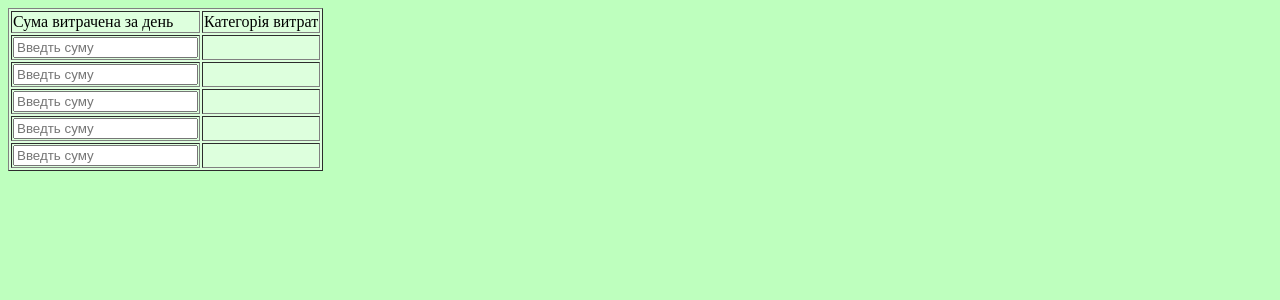
Repository: alexandrastarovoyda-star/Planer2
Page: index.html
The author's editor kept a copy of each file at every save. The page is drawn from the files as they stood at one save, then again after the next save.
The browser window is 1280 px wide. The pictures show the whole page.

Above is the page before, as saved 2026-03-23 14:02:23.

### index.html
<!DOCTYPE html>
<html lang="uk">
    <head>
            <title>Планер бюджету</title>
            <link rel="stylesheet" href="css/all.css">
            <link rel="stylesheet" href="css/index.css">
    </head>
    <body>
        <table border="1px" class="table_calculator" id="day_spend_table">
            <tr>
                <td>Сума витрачена за день</td><td>Категорія витрат</td>
            </tr>
            <tr>
                <td><input type="number" placeholder="Введть суму"></td><td></td>
            </tr>
            <tr>
                <td><input type="number" placeholder="Введть суму"></td><td></td>
            </tr>
            <tr>
                <td><input type="number" placeholder="Введть суму"></td><td></td>
            </tr>
            <tr>
                <td><input type="number" placeholder="Введть суму"></td><td></td>
            </tr>
            <tr>
                <td><input type="number" placeholder="Введть суму"></td><td></td>
            </tr>
        </table>
    </body>
</html>

### css/all.css
body{
    background: rgba(172, 255, 172, 0.781);
}

### css/index.css
#day_spend_table{
    background: rgba(255, 255, 255, 0.466);
}

After the next save:
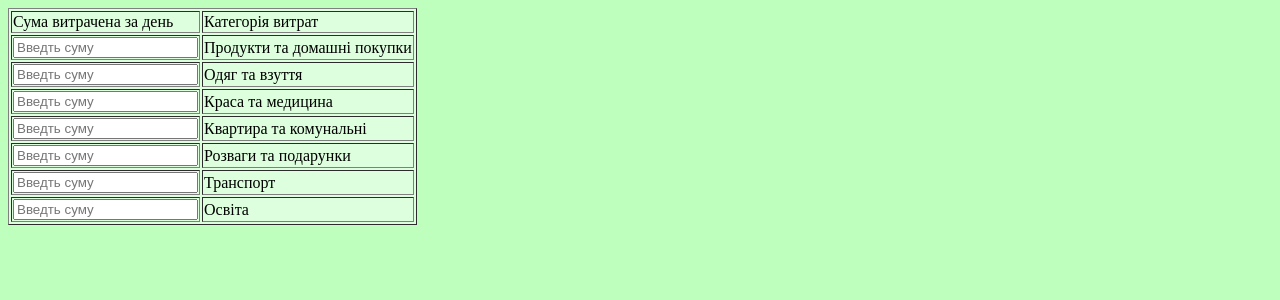
Saved 4 min 2 s later.
--- a/index.html
+++ b/index.html
@@ -11,19 +11,25 @@
                 <td>Сума витрачена за день</td><td>Категорія витрат</td>
             </tr>
             <tr>
-                <td><input type="number" placeholder="Введть суму"></td><td></td>
+                <td><input type="number" placeholder="Введть суму"></td><td>Продукти та домашні покупки</td>
             </tr>
             <tr>
-                <td><input type="number" placeholder="Введть суму"></td><td></td>
+                <td><input type="number" placeholder="Введть суму"></td><td>Одяг та взуття</td>
             </tr>
             <tr>
-                <td><input type="number" placeholder="Введть суму"></td><td></td>
+                <td><input type="number" placeholder="Введть суму"></td><td>Краса та медицина</td>
             </tr>
             <tr>
-                <td><input type="number" placeholder="Введть суму"></td><td></td>
+                <td><input type="number" placeholder="Введть суму"></td><td>Квартира та комунальні</td>
             </tr>
             <tr>
-                <td><input type="number" placeholder="Введть суму"></td><td></td>
+                <td><input type="number" placeholder="Введть суму"></td><td>Розваги та подарунки</td>
+            </tr>
+            <tr>
+                <td><input type="number" placeholder="Введть суму"></td><td>Транспорт</td>
+            </tr>
+            <tr>
+                <td><input type="number" placeholder="Введть суму"></td><td>Освіта</td>
             </tr>
         </table>
     </body>
